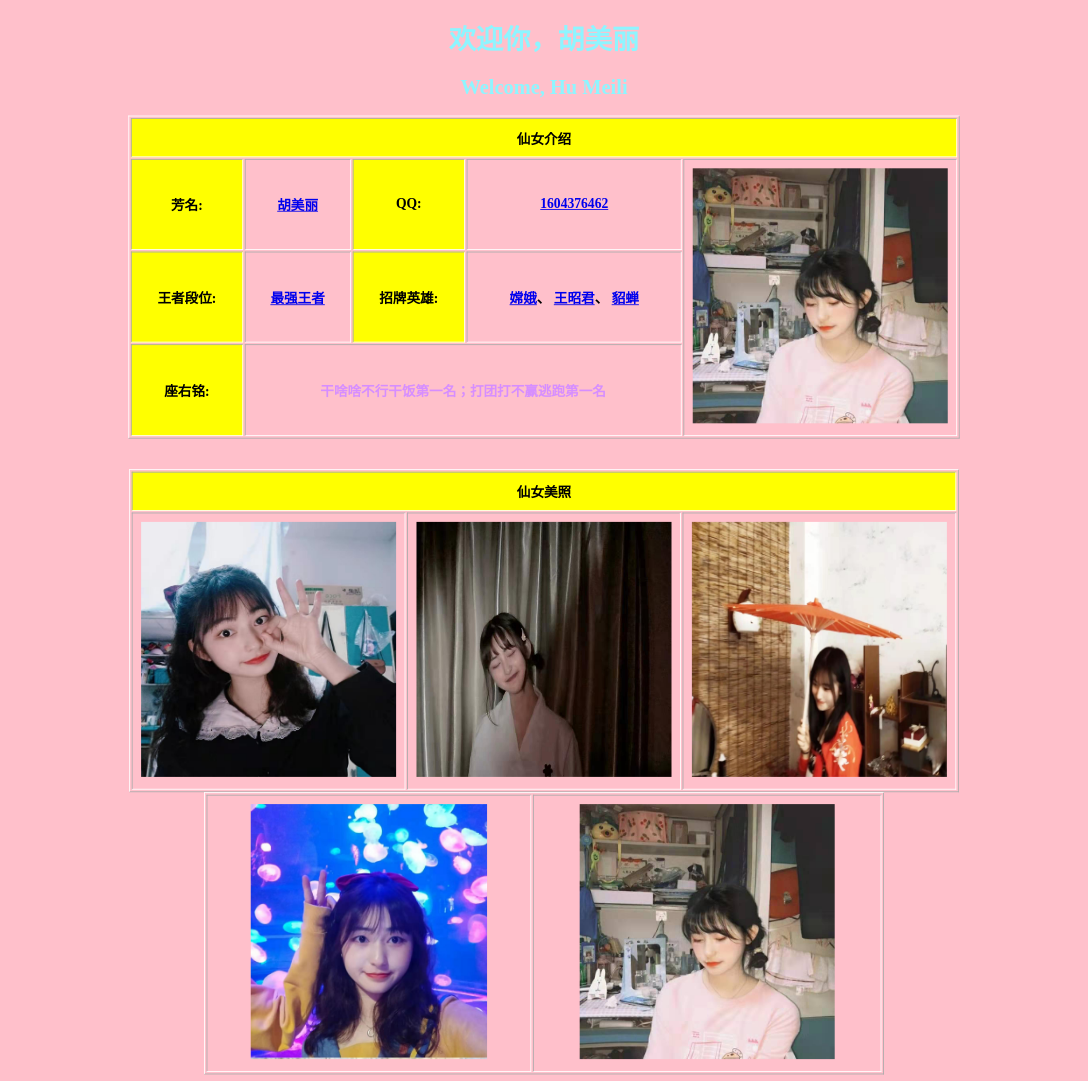
Repository: NanmeiYC/NanmeiYC.github.io
Page: ceshi2.html
These files come from the project's save history. The page is drawn as it stood at one moment and after the next save; the edit follows.
The browser window is 1280 px wide. The pictures show the whole page, at 85% of full size.

Above is the page before, as saved 2021-05-29 03:13:29.

### ceshi2.html
<!DOCTYPE html>
<html>

<head>
    <meta charset="utf-8">
    <title>欢迎我们美丽大方温柔善良的胡美丽</title>
</head>

<body bgcolor="pink">
    <h1 align="center"><a style="color: #8ef5ff;">欢迎你，胡美丽</a></h1>
    <h2 align="center"><a style="color: #8ef5ff;">Welcome, Hu Meili</a></h2>
    <table border="1" align="center" cellpadding="10px" width="978" style="border-color:rgb(255, 255, 255);">
        <tr align="center">
            <th colspan="7" bgcolor="yellow">仙女介绍</th>
        </tr>

        <tr align="center">
            <th bgcolor="yellow">芳名:</th>
            <th colspan="2"><a href="humeili.html">胡美丽</a></th>
            <th bgcolor="yellow">QQ:</th>
            <th colspan="2"> <a href="http://wpa.qq.com/msgrd?v=3&uin=1604376462&site=qq&menu=yes">1604376462</a></th>
            <td rowspan="3" width="100" <p><a href="humeili.html"><img border="0" src="images\胡美丽主.jpg" width="300px" height="300px"></td>
        </tr>
        <tr align="center">
            <th bgcolor="yellow">王者段位:</th>
            <th colspan="2"><a href="https://pvp.qq.com/web201605/hisrecord.shtml">最强王者</a></th>
            <th bgcolor="yellow">招牌英雄:</th>
            <th colspan="2">
                <a href="https://pvp.qq.com/web201605/herodetail/515.shtml">嫦娥</a>、
                <a href="https://pvp.qq.com/web201605/herodetail/152.shtml">王昭君</a>、
                <a href="https://pvp.qq.com/web201605/herodetail/141.shtml">貂蝉</a>
            </th>
        </tr>
        <tr align="center">
            <th bgcolor="yellow">座右铭:</th>
            <th colspan="5"><a style="color: #d68eff;">干啥啥不行干饭第一名；打团打不赢逃跑第一名</a> </th>
        </tr>
        <table border="1" align="center" cellpadding="10" width="800" style="border-color:rgb(255, 255, 255);">
            <br>
            <br>
        <tr align="center">
            <th colspan="9" bgcolor="yellow">仙女美照</th>
        </tr>
        <tr align="center">
            <th rowspan="3" width="100" <p><a href="humeili.html"><img border="0" src="images\胡美丽3.jpg" width="300px" height="300px"></th>
            <th rowspan="3" width="100" <p><a href="humeili.html"><img border="0" src="images\胡美丽2.jpg" width="300px" height="300px"></th>
            <th rowspan="3" width="100" <p><a href="humeili.html"><img border="0" src="images\胡美丽1.jpg" width="300px" height="300px"></th>
        </tr>
        <table border="1" align="center" cellpadding="10" width="800" style="border-color:rgb(255, 255, 255);">
        <tr align="center">
            <th rowspan="3" width="100" <p><a href="humeili.html"><img border="0" src="images\胡美丽4.jpg"  widh=300px" height="300px"></th>
            <th rowspan="3" width="100" <p><a href="humeili.html"><img border="0" src="images\胡美丽主.jpg" width="300px" height="300px"></th>
        </tr>
    </table>

After the next save:
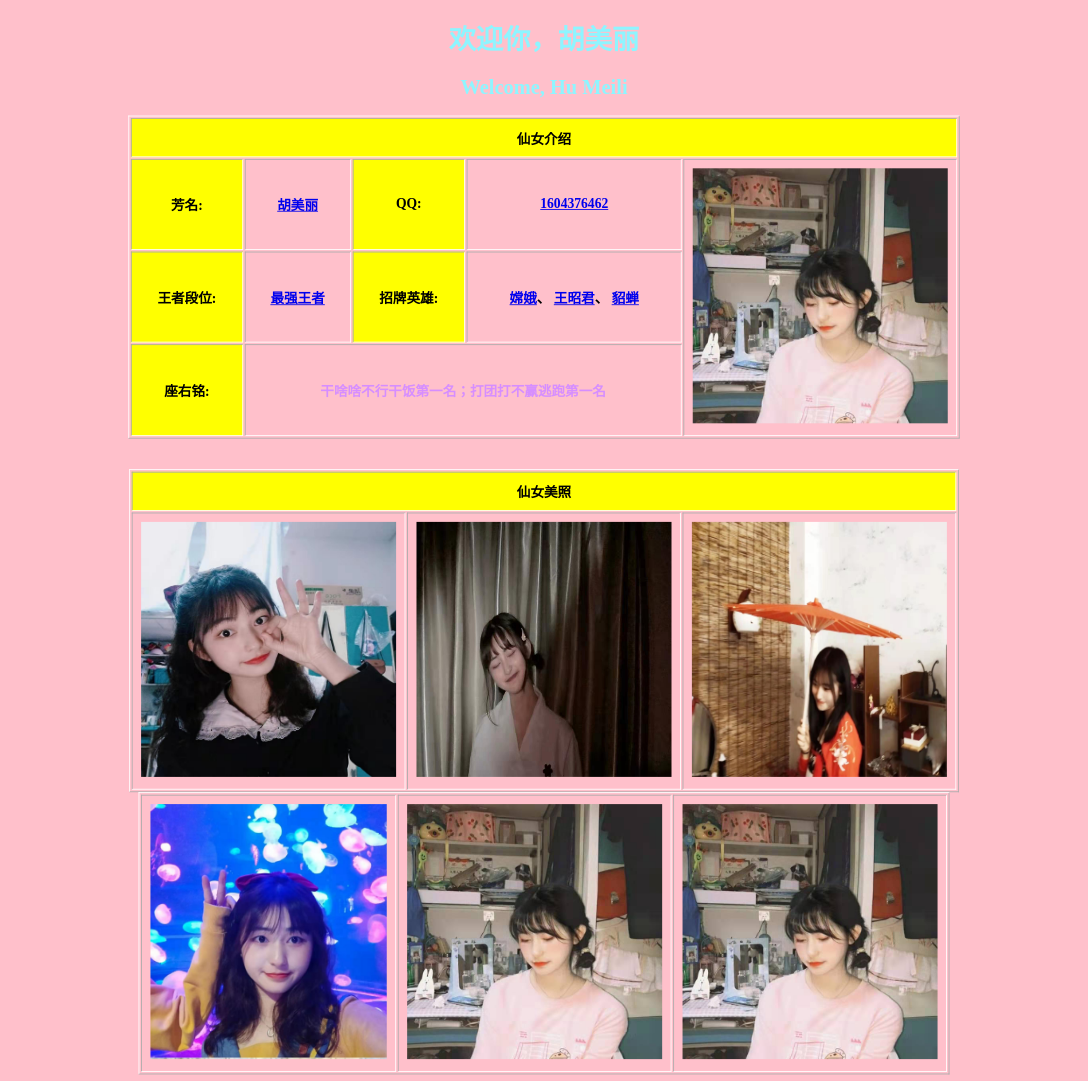
Saved 34 s later.
--- a/ceshi2.html
+++ b/ceshi2.html
@@ -50,5 +50,6 @@
         <tr align="center">
             <th rowspan="3" width="100" <p><a href="humeili.html"><img border="0" src="images\胡美丽4.jpg"  widh=300px" height="300px"></th>
             <th rowspan="3" width="100" <p><a href="humeili.html"><img border="0" src="images\胡美丽主.jpg" width="300px" height="300px"></th>
+                <th rowspan="3" width="100" <p><a href="humeili.html"><img border="0" src="images\胡美丽主.jpg" width="300px" height="300px"></th>
         </tr>
     </table>
